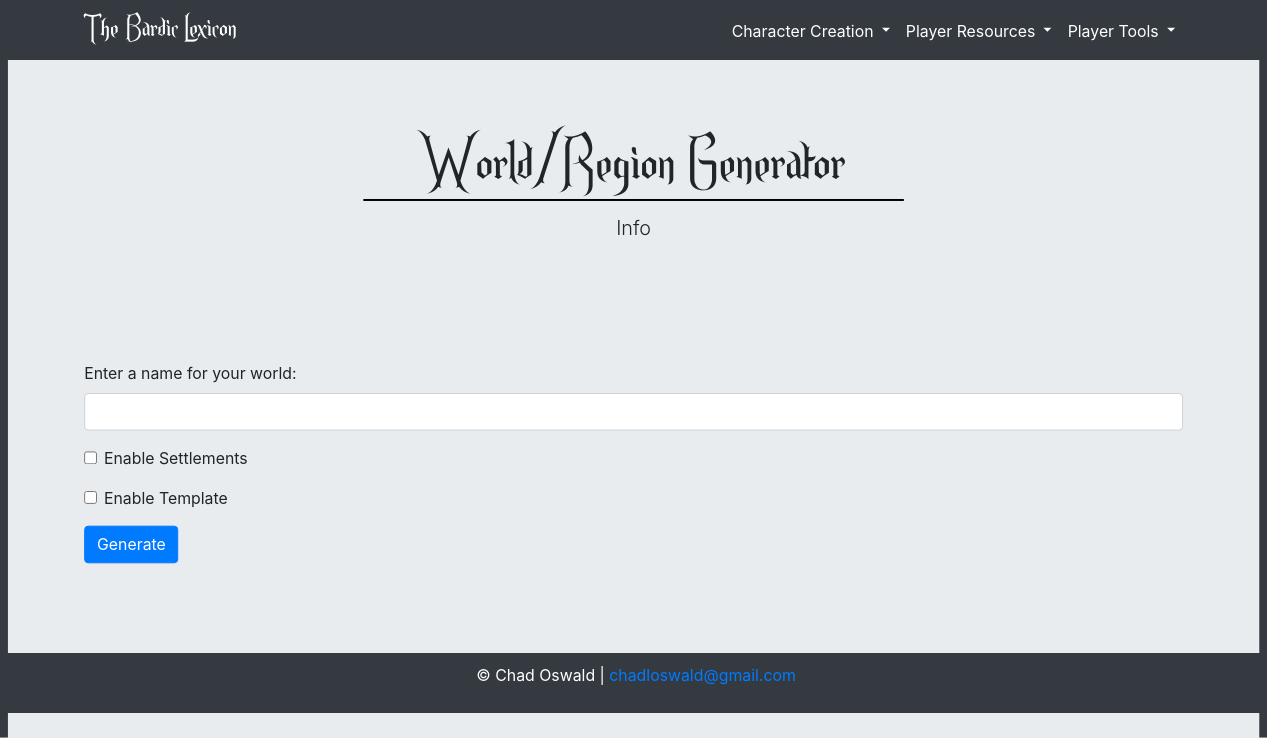
Repository: ChaidGPT/TheBardicLexicon
Page: playerTools/worldGenerator.html
The author's editor kept a copy of each file at every save. The page is drawn from the files as they stood at one save, then again after the next save.
The browser window is 1280 px wide. The pictures show the whole page, at 99% of full size.

Above is the page before, as saved 2024-02-05 10:50:19.

After the next save:
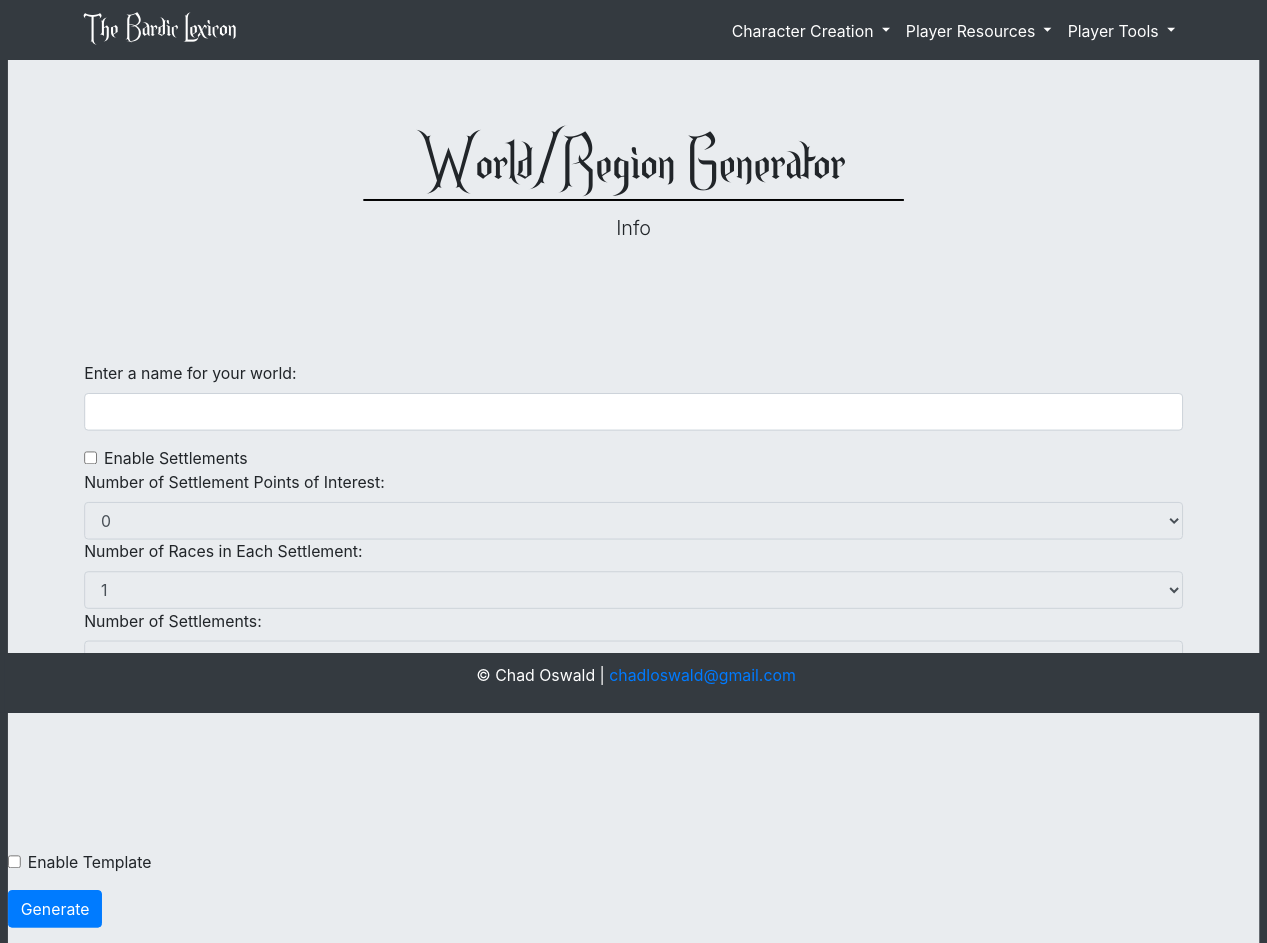
Saved 22 min 15 s later.
--- a/playerTools/worldGenerator.html
+++ b/playerTools/worldGenerator.html
@@ -95,47 +95,60 @@
 
 
         <!-- Start Settlement Options -->
-        <div class="form-group">
-          <div class="form-check">
-            <input class="form-check-input" type="checkbox" id="enableSettlements" data-toggle="collapse"
-              data-target="#settlementOptions" />
-            <label class="form-check-label" for="enableSettlements">Enable Settlements</label>
-          </div>
-
-          <!-- Add the 'collapse' class to the following div -->
-          <div id="settlementOptions" class="collapse">
-
-            <!-- Wrap both settlement options in a common container -->
-            <div class="settlement-options-container">
-
-              <!-- Number of Settlements -->
-              <div>
-                <label for="settlements">Number of Settlements:</label>
-                <select class="form-control" id="settlements" disabled>
-                  <option value="random">Random</option>
-                  <option value="1">1</option>
-                  <option value="2">2</option>
-                  <option value="3">3</option>
-                  <option value="4">4</option>
-                  <option value="5">5</option>
-                  <!-- Add more options as needed -->
-                </select>
-              </div>
-
-              <!-- Number of Settlement Points of Interest -->
-              <div>
-                <label for="settlementPOI">Number of Settlement Points of Interest:</label>
-                <select class="form-control" id="settlementPOI" disabled>
-                  <option value="random">Random</option>
-                  <option value="0">0</option>
-                  <option value="1">1</option>
-                  <option value="2">2</option>
-                  <option value="3">3</option>
-                  <option value="4">4</option>
-                  <option value="5">5</option>
-                  <!-- Add more options as needed -->
-                </select>
-              </div>
+<div class="form-group">
+  <div class="form-check">
+      <input
+          class="form-check-input"
+          type="checkbox"
+          id="enableSettlements"
+          data-toggle="collapse"
+          data-target="#settlementOptions"
+      />
+      <label class="form-check-label" for="enableSettlements"
+          >Enable Settlements</label
+      >
+  </div>
+
+  <!-- New dropdown for settlement POI -->
+  <label for="settlementPOI"
+      >Number of Settlement Points of Interest:</label
+  >
+  <select class="form-control" id="settlementPOI" disabled>
+      <option value="0">0</option>
+      <option value="1">1</option>
+      <option value="2">2</option>
+      <option value="3">3</option>
+      <option value="4">4</option>
+      <option value="5">5</option>
+      <option value="random">Random</option> <!-- Add the "Random" option -->
+      <!-- Add more options as needed -->
+  </select>
+
+  <!-- New dropdown for races -->
+  <label for="settlementRaces">Number of Races in Each Settlement:</label>
+  <select class="form-control" id="settlementRaces" disabled>
+      <option value="1">1</option>
+      <option value="2">2</option>
+      <option value="3">3</option>
+      <option value="4">4</option>
+      <option value="5">5</option>
+      <option value="random">Random</option> <!-- Add the "Random" option -->
+      <!-- Add more options as needed -->
+  </select>
+
+  <label for="settlements">Number of Settlements:</label>
+  <select class="form-control" id="settlements" disabled>
+      <option value="0">0</option>
+      <option value="1">1</option>
+      <option value="2">2</option>
+      <option value="3">3</option>
+      <option value="4">4</option>
+      <option value="5">5</option>
+      <option value="random">Random</option> <!-- Add the "Random" option -->
+      <!-- Add more options as needed -->
+  </select>
+</div>
+
 
             </div>
           </div>
@@ -170,6 +183,7 @@
               </select>
             </div>
 
+            <!-- Number of Points of Interest -->
             <div class="form-group">
               <label for="templatePOI">Number of Template Points of Interest:</label>
               <select class="form-control" id="templatePOI" disabled>
@@ -182,6 +196,7 @@
                 <!-- Add more options as needed -->
               </select>
             </div>
+
           </div>
         </div>
         <!-- End Template Options -->
